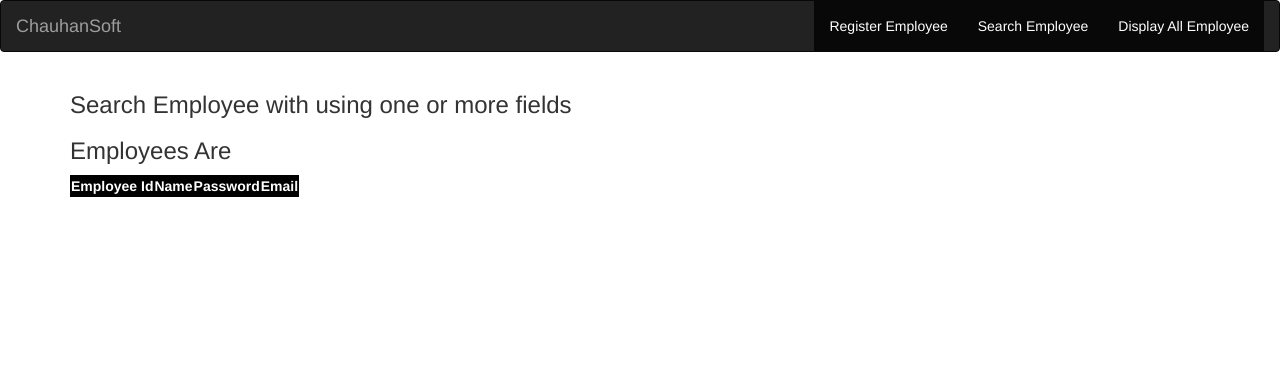
Repository: ErAdarshChauhan/Spring-Framework-5.0.0-Concepts
Page: http://localhost/sf-mvc-with-hibernate-crud-and-login-logout/WEB-INF/jsp/search.jsp
The author's editor kept a copy of each file at every save. The page is drawn from the files as they stood at one save, then again after the next save.
The browser window is 1280 px wide. The pictures show the whole page.
The page is served by Tomcat 9. Nobody is signed in. Other server files are loaded and not shown. The template is opened directly, without the code that normally fills it, so the values that code supplies are empty.

Above is the page before, as saved 2020-06-22 12:54:11.

### Spring-MVC-Projects/sf-mvc-with-hibernate-crud-and-login-logout/src/main/webapp/WEB-INF/jsp/search.jsp
<%@ page language="java" contentType="text/html; charset=ISO-8859-1" isELIgnored="false"
    pageEncoding="ISO-8859-1"%>
<%@taglib uri="http://www.springframework.org/tags/form" prefix="form" %>
<%@taglib uri="http://java.sun.com/jsp/jstl/core" prefix="c" %>
<!DOCTYPE html>
<html lang="en">
<head>
  <title>Employees | ChauhanSoft</title>
  <meta charset="utf-8">
  <meta name="viewport" content="width=device-width, initial-scale=1">
  <link rel="stylesheet" href="https://maxcdn.bootstrapcdn.com/bootstrap/3.4.1/css/bootstrap.min.css">
  <script src="https://ajax.googleapis.com/ajax/libs/jquery/3.5.1/jquery.min.js"></script>
  <script src="https://maxcdn.bootstrapcdn.com/bootstrap/3.4.1/js/bootstrap.min.js"></script>
  <style type="text/css">
  	.navbar-align{
  		float: right;
  	}
  	table{
  			width: 1300px,
  			margin : auto;
  	}
  	table,th,td{
  		border: 1px solid black;
  		border-collapse: collapse;
  		text-align: center;
  	}
  	th{
  		background-color: black;
  		color:white;

  	}
  </style>
</head>
<body>

<nav class="navbar navbar-inverse">
  <div class="container-fluid">
    <div class="navbar-header">
      <a class="navbar-brand text-white" href="#">ChauhanSoft</a>
    </div>
    <ul class="nav navbar-nav navbar-align">
      <li class="active"><a href="register">Register Employee</a></li>
 	  <li class="active"><a href="normalSearch">Search Employee</a></li>
 	  <li class="active"><a href="displayEmployee">Display All Employee</a></li>
    </ul>
  </div>
</nav>


<div class="container">
  <h3>Search Employee with using one or more fields</h3>
  <h3>Employees Are</h3>

   <p>
   		<table>
		  <tr>
		    <th>Employee Id</th>
		    <th>Name</th>
		    <th>Password</th>
		    <th>Email</th>
		  </tr>
		  <c:forEach var="tab" items="${data}">
		  		<tr>
		    		<td>${tab.employeeId}</td>
		   			<td>${tab.employeeName}</td>
		   			<td>${tab.password}</td>
		   			<td>${tab.email}</td>
		 		 </tr>
		  </c:forEach>

		</table>
   </p>
   <p>${msg}</p>
</div>

</body>
</html>

After the next save:
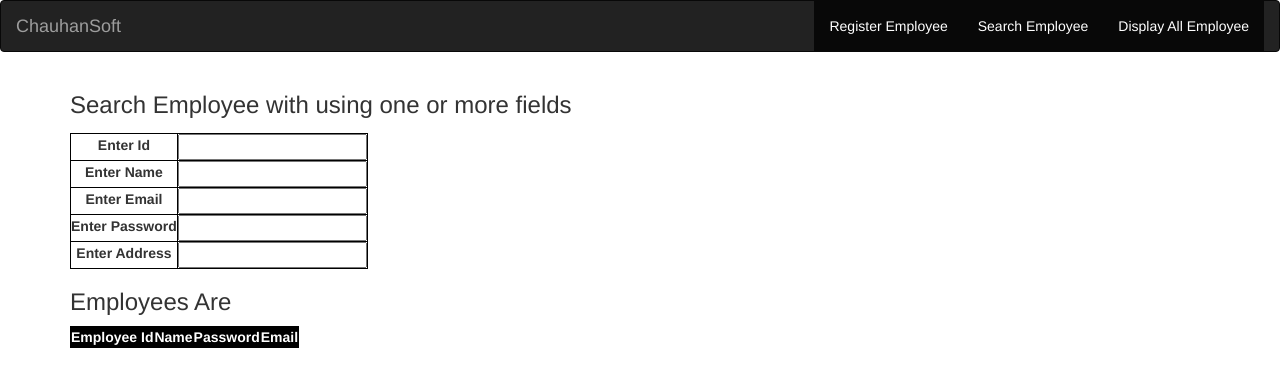
Saved 5 min 15 s later.
--- a/Spring-MVC-Projects/sf-mvc-with-hibernate-crud-and-login-logout/src/main/webapp/WEB-INF/jsp/search.jsp
+++ b/Spring-MVC-Projects/sf-mvc-with-hibernate-crud-and-login-logout/src/main/webapp/WEB-INF/jsp/search.jsp
@@ -49,6 +49,35 @@
 
 <div class="container">
   <h3>Search Employee with using one or more fields</h3>
+
+  <form:form>
+  	<table>
+  		<div class="form-group">
+  		   <tr>
+  		   		<td><form:label path="employeeId">Enter Id</form:label></td>
+  		   		<td><form:input path="employeeId"/></td>
+  		   </tr>
+  		   <tr>
+  		   		<td><form:label path="employeeName">Enter Name</form:label></td>
+  		   		<td><form:input path="employeeName"/></td>
+  		   </tr>
+  		   <tr>
+  		   		<td><form:label path="email">Enter Email</form:label></td>
+  		   		<td><form:input path="email"/></td>
+  		   </tr>
+  		   <tr>
+  		   		<td><form:label path="password">Enter Password</form:label></td>
+  		   		<td><form:input path="password"/></td>
+  		   </tr>
+  		   <tr>
+  		   		<td><form:label path="address">Enter Address</form:label></td>
+  		   		<td><form:input path="address"/></td>
+  		   </tr>
+  		</div>
+  	</table>
+
+  </form:form>
+
   <h3>Employees Are</h3>
 
    <p>
